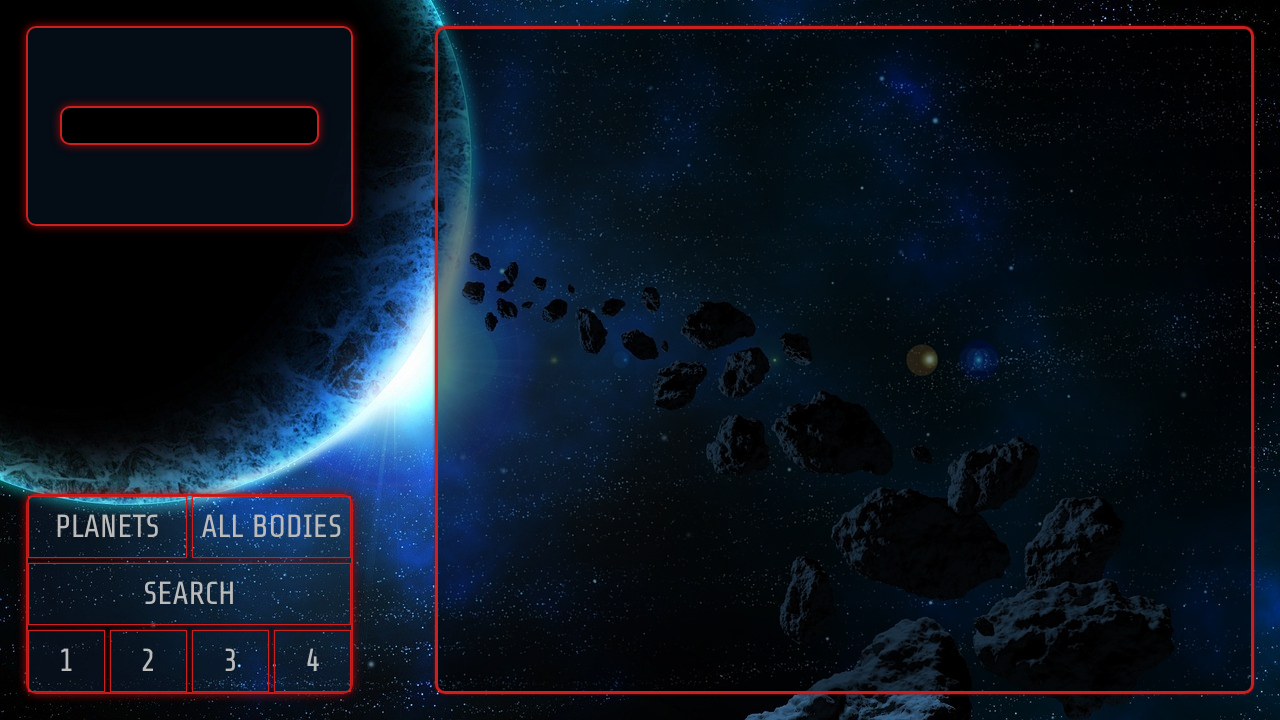
Repository: Przemek-Szadkowski/space-bodies
Page: /
An editor plug-in stored every save of this project. The page is shown before and after a run of saves, followed by the edit.
The browser window is 1280 px wide. The pictures show the whole page.
The page's requests for data from a server got no answer. The project was rebuilt for these pictures with package versions that can differ from the ones it lists, and the page was loaded fresh each time. No one was signed in, and anything a server would have sent is missing. Also part of the build but not shown: src/components/BodieRecord.js.

Above is the page before, as saved 2021-11-27 15:05:02.

After the next 2 saves:
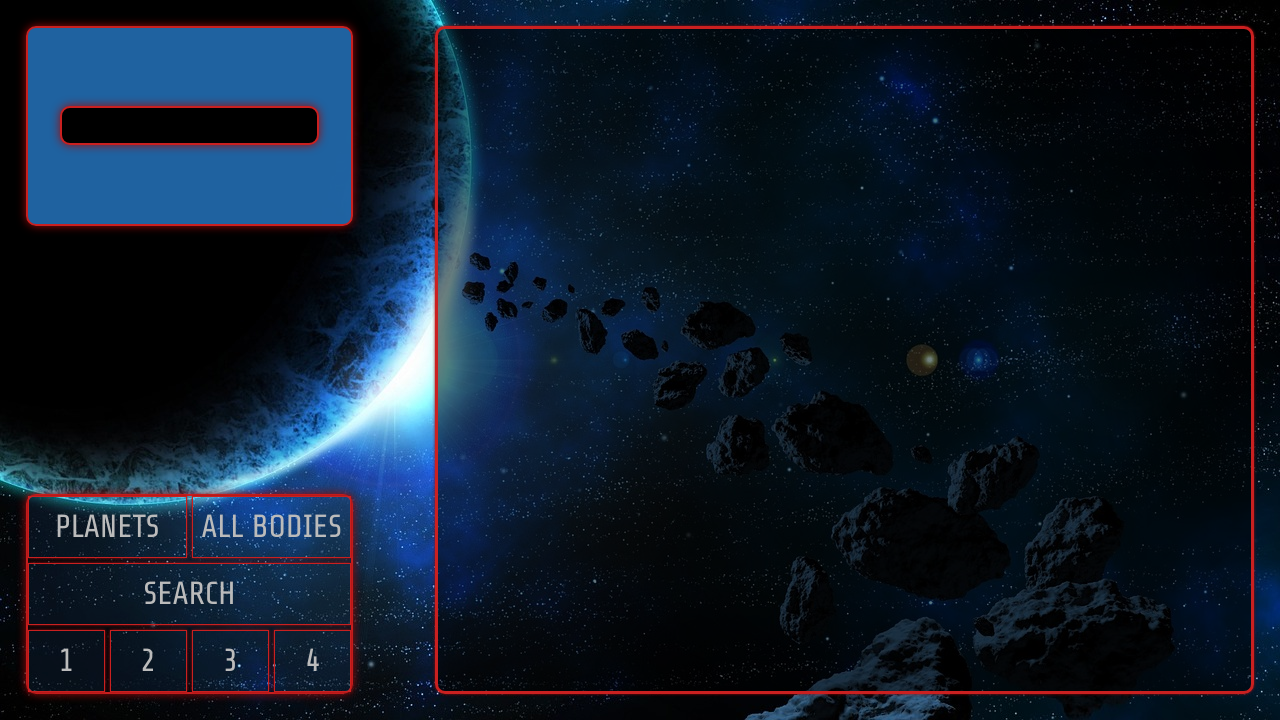
The 2 saves are shown as one change because they came seconds apart.
The last was saved 23 s later.
--- a/src/index.css
+++ b/src/index.css
@@ -157,7 +157,7 @@ main {
   border: 2px solid rgb(202, 32, 32);
   border-radius: 10px;
   box-shadow: 0 0 10px rgb(155, 11, 11);
-  background-color: rgba(39, 123, 201, 0.1);
+  background-color: rgba(39, 123, 201, 0.8);
 }
 
 .search input {
